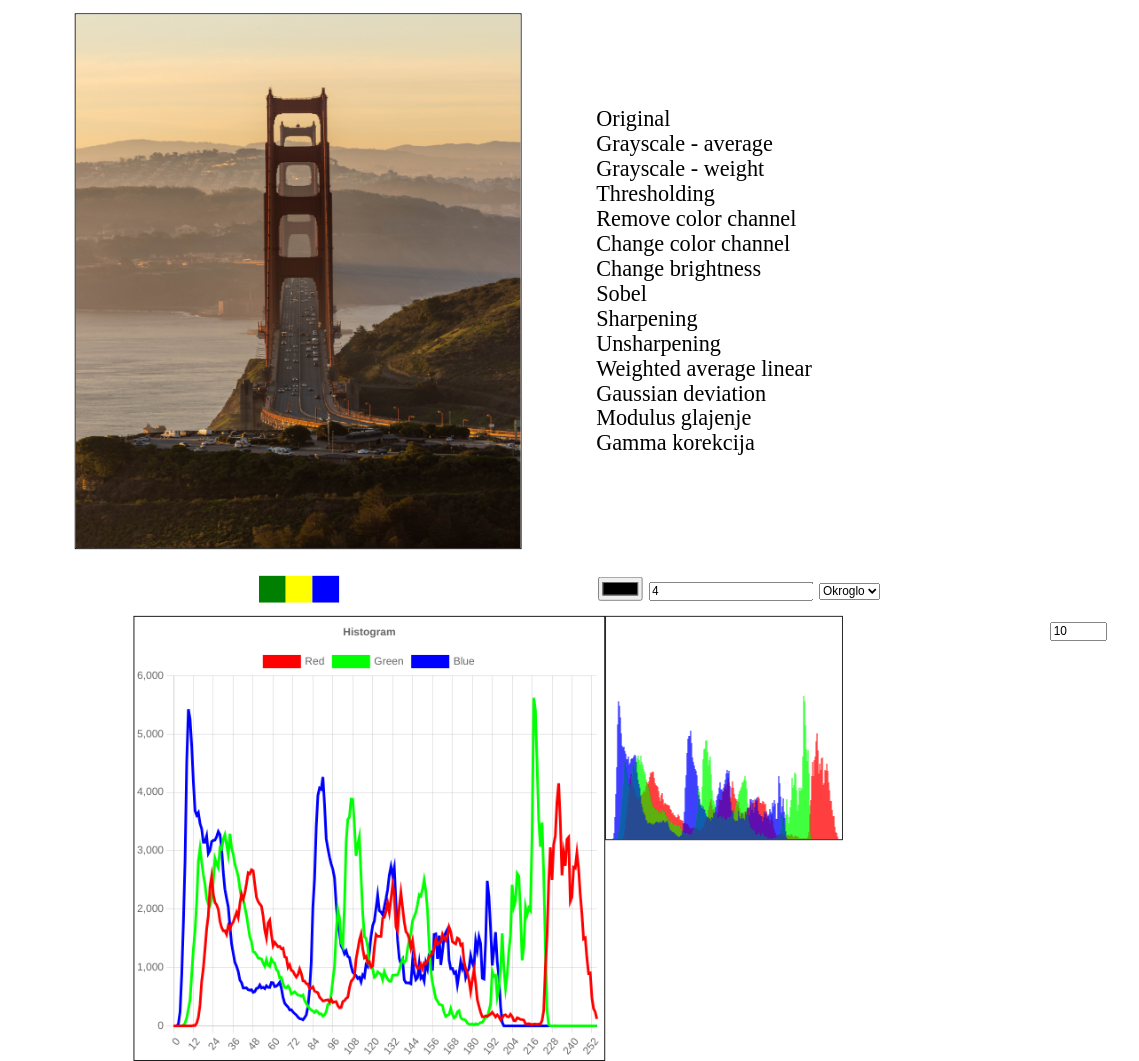
Repository: fussionko/web_photoshop
Page: index.html
The author's editor kept a copy of each file at every save. The page is drawn from the files as they stood at one save, then again after the next save.
The browser window is 1280 px wide. The pictures show the whole page, at 89% of full size.
Some web libraries are served in a nearby version.

Above is the page before, as saved 2022-04-29 10:36:17.

After the next save:
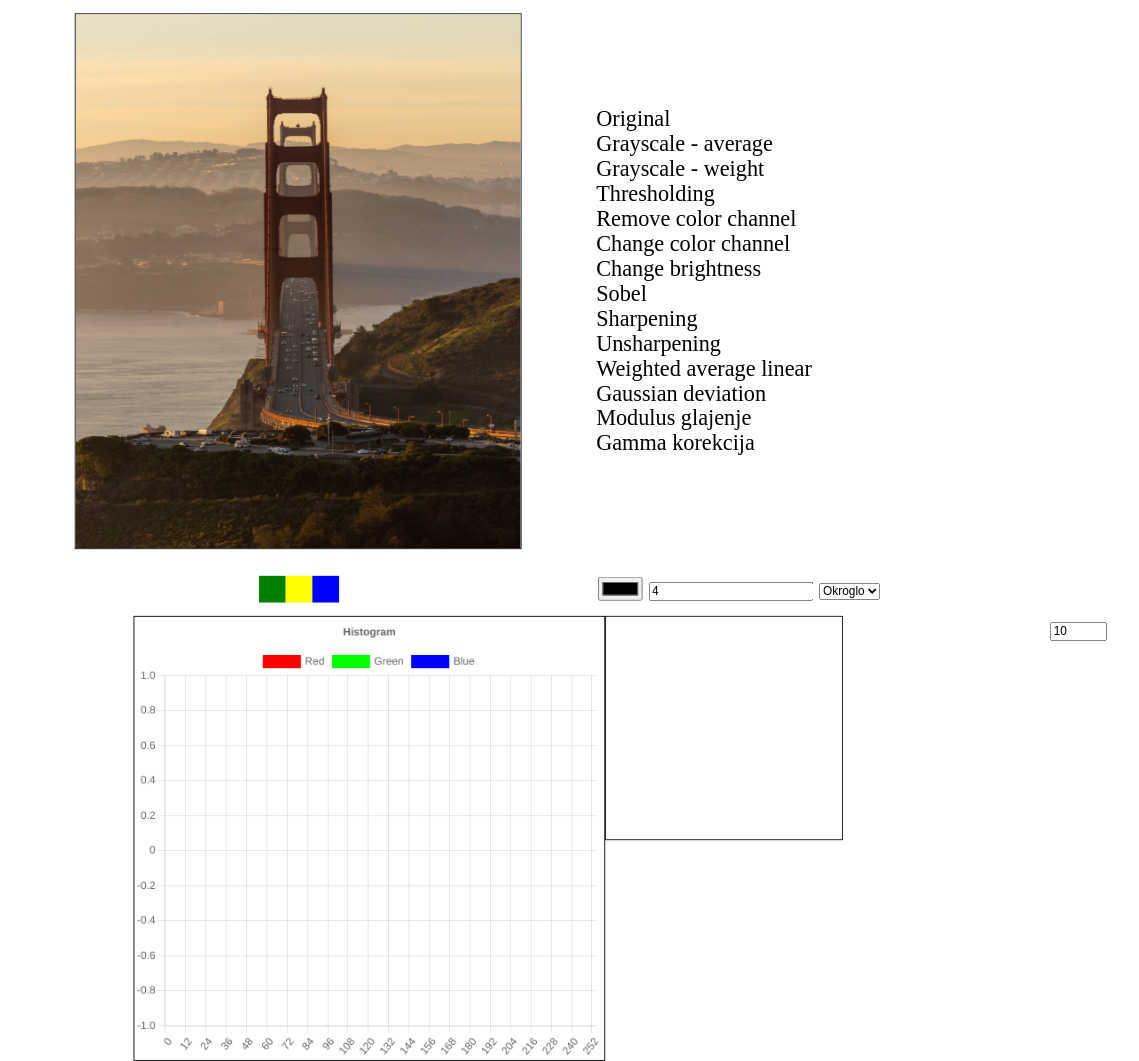
Saved 15 s later.
--- a/graph.js
+++ b/graph.js
@@ -62,21 +62,13 @@ let graph = JSON.parse(JSON.stringify(graph_template));
 
 function create_graph()
 {
-    // graph = JSON.parse(JSON.stringify(graph_template));
-    // for(let i = 1; i <= basket_num; i++)
-    // {
-    //     graph["r"][basket_size*i] = 0;
-    //     graph["g"][basket_size*i] = 0;
-    //     graph["b"][basket_size*i] = 0;
-    // }
     graph = JSON.parse(JSON.stringify(graph_template));
-    for(let i = 0; i <= 255; i++)
+    for(let i = 1; i <= basket_num; i++)
     {
-        graph["r"][i] = 0;
-        graph["g"][i] = 0;
-        graph["b"][i] = 0;
+        graph["r"][basket_size*i] = 0;
+        graph["g"][basket_size*i] = 0;
+        graph["b"][basket_size*i] = 0;
     }
-
 }
 
 function count_Pixel(img_data)
